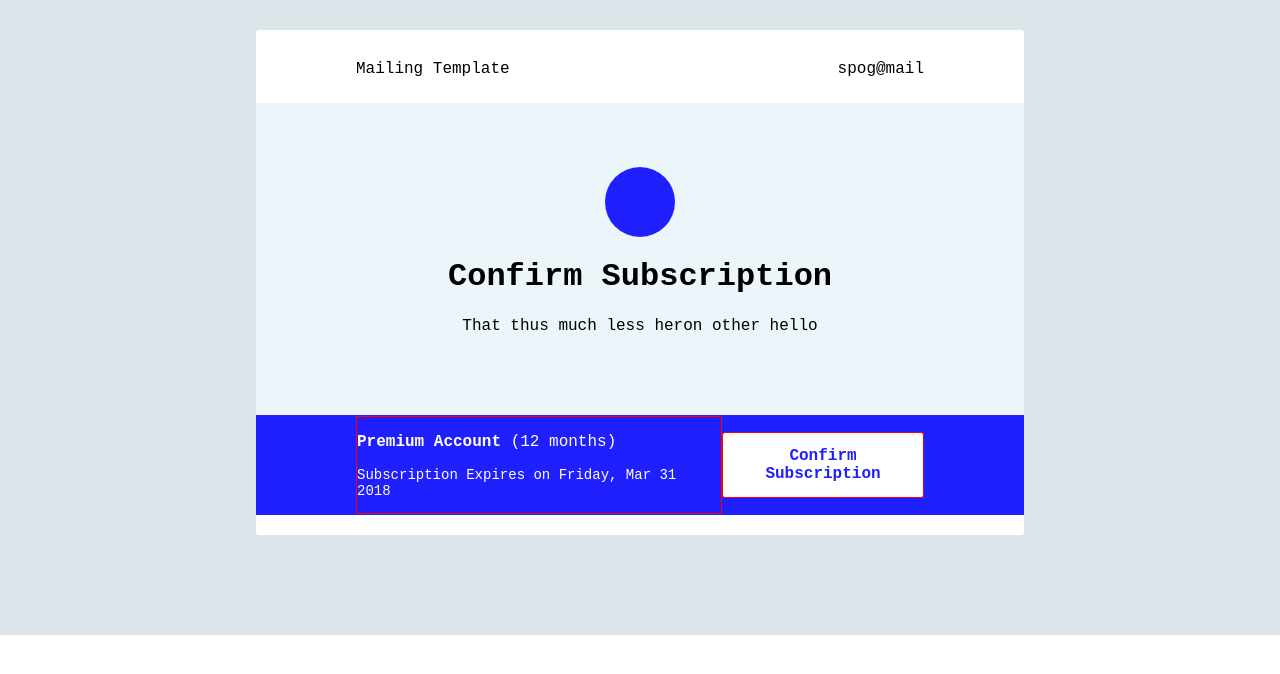
Repository: Lecon-Git/Appmail-Template
Page: mail.html
These files come from the project's save history. The page is drawn as it stood at one moment and after the next save; the edit follows.
The browser window is 1280 px wide. The pictures show the whole page.

Above is the page before, as saved 2021-11-01 22:05:10.

After the next save:
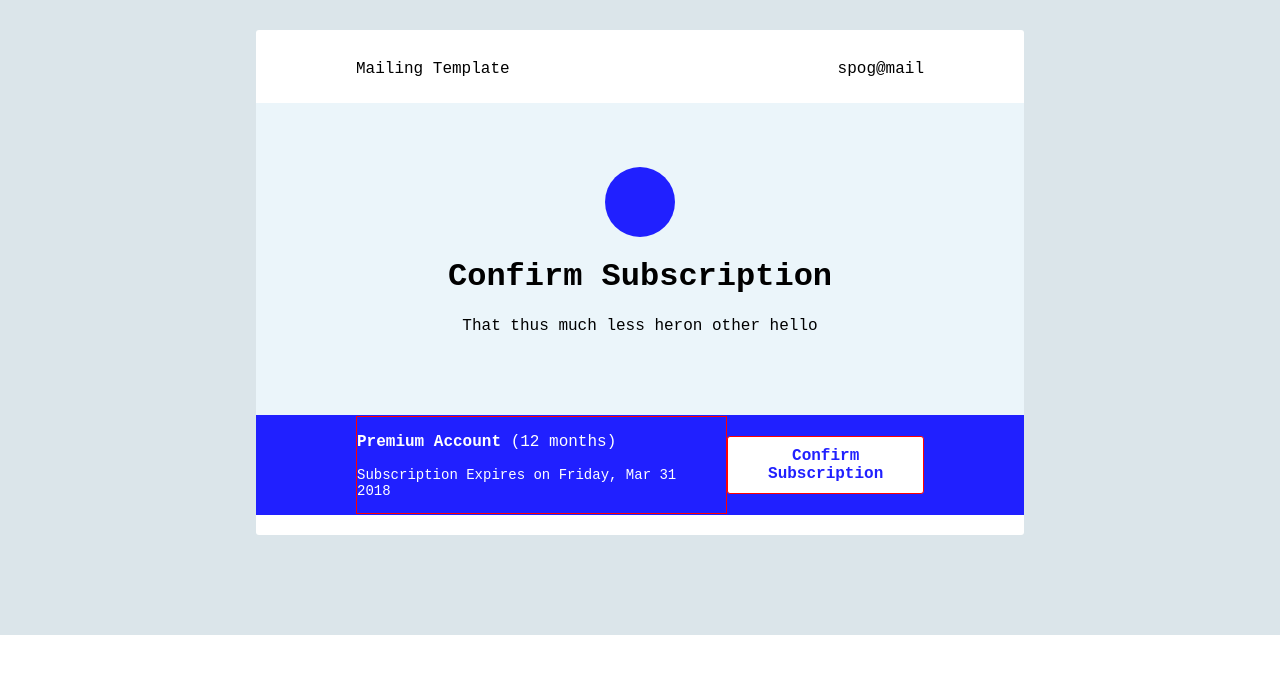
Saved 9 s later.
--- a/css/mail.css
+++ b/css/mail.css
@@ -74,7 +74,7 @@ body {
     flex: 1;
     background-color: #fff;
     color: #2020ff;
-    padding: 14px;
+    padding: 10px;
     text-align: center;
     border-radius: 3px;
     font-weight: bolder;
